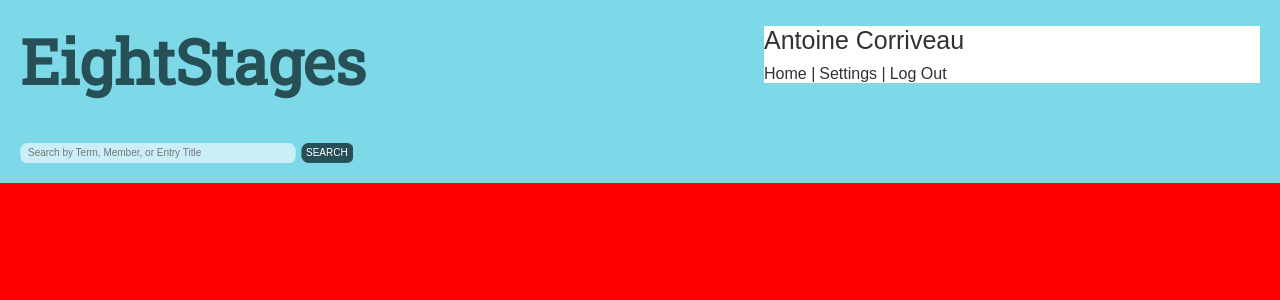
Repository: bhattaraib58/eighstages-lf-design
Page: Assignment 3/Eight Stages Website Mockup Done/index.html
An editor plug-in stored every save of this project. The page is shown before and after the next save, followed by the edit.
The browser window is 1280 px wide. The pictures show the whole page.
Some web fonts or font styles are not loaded; a fallback is used.

Above is the page before, as saved 2019-06-09 22:34:34.

### Assignment 3/Eight Stages Website Mockup Done/index.html
<!DOCTYPE html>
<html lang="en">

<head>
    <meta charset="UTF-8">
    <meta name="viewport" content="width=device-width, initial-scale=1.0">
    <meta http-equiv="X-UA-Compatible" content="ie=edge">
    <link href="https://fonts.googleapis.com/css?family=Roboto+Slab:300,400&display=swap" rel="stylesheet">
    <link href="https://fonts.googleapis.com/css?family=Istok+Web&display=swap" rel="stylesheet">
    <link rel="stylesheet" href="css/reset.css">
    <link rel="stylesheet" href="css/style.css">
    <title>EightStages</title>
</head>

<body>
    <div class="header">
        <div class="top-header clearfix">
            <div class="logo-search">
                <div class="logo">
                    <h1><a href="#">EightStages</a></h1>
                </div>
                <form action="#">
                    <div class="input">
                        <input type="text" name="search-box" placeholder="Search by Term, Member, or Entry Title">
                    </div>
                    <div class="button">
                        <button type="submit">SEARCH</button>
                    </div>
                </form>
            </div>
            <div class="profile-info">
                <div class="title"><a href="#">Antoine Corriveau</a></div>
                <ul class="horizontal-line">
                    <li><a href="#">Home |</a></li>
                    <li><a href="#">Settings |</a></li>
                    <li><a href="#">Log Out</a></li>
                </ul>
            </div>
        </div>
        <!-- <div class="last-header">

        </div> -->
    </div>
</body>

</html>

### Assignment 3/Eight Stages Website Mockup Done/css/reset.css
*
{
    margin: 0px;
    padding: 0px;
    box-sizing: border-box;
}

### Assignment 3/Eight Stages Website Mockup Done/css/style.css
body {
    background-color: red;
}

.header {
    background-color: green;
}

.top-header {
    background-color: #7dd8e8;
    padding: 20px;
}

.logo-search {
    width: 60%;
    float: left;
}

.clearfix::after {
    content: "";
    clear: both;
    display: table;
}

.logo {
    margin-right: 22px;
    font-family: 'Roboto Slab', serif;
    float: left;
}

.logo a {
    color: #274f56;
    text-decoration: none;
    font-size: 62px;
}

form {
    float: left;
    margin-top: 40px;
    margin-right: 178px;
}

form input {
    margin-right: 5px;
    width: 276px;
    height: 20px;
    background-color: transparent;
    border: 0px;
    padding: 8px;
    font-size: 10px;
    color: #5c5c5c;
    font-family: "Istok Web ", sans-serif;
    outline: none;
    display: inline-block;
}

form .input {
    background: url(../images/input.png) no-repeat;
    float: left;
}

form button {
    display: inline-block;
    outline: none;
    color: #ffffff;
    font-family: "Istok Web ", sans-serif;
    background-color: transparent;
    border: 0px;
    padding: 5px;
    font-size: 10px;
    text-align: center;
    display: inline-block;
}

form .button {
    background: url(../images/button.png) no-repeat;
    float: left;
}

.profile-info {
    width: 40%;
    float: right;
    margin-top: 6px;
    background-color: white;
}

.title {
    font-size: 25px;
    font-family: "Muli", sans-serif;
    margin-bottom: 10px;
}

.profile-info a {
    color: #323232;
    text-decoration: none;
}

ul.horizontal-line li {
    display: inline;
    font-family: "Istok Web ", sans-serif;
    font-size: 16px;
}

After the next save:
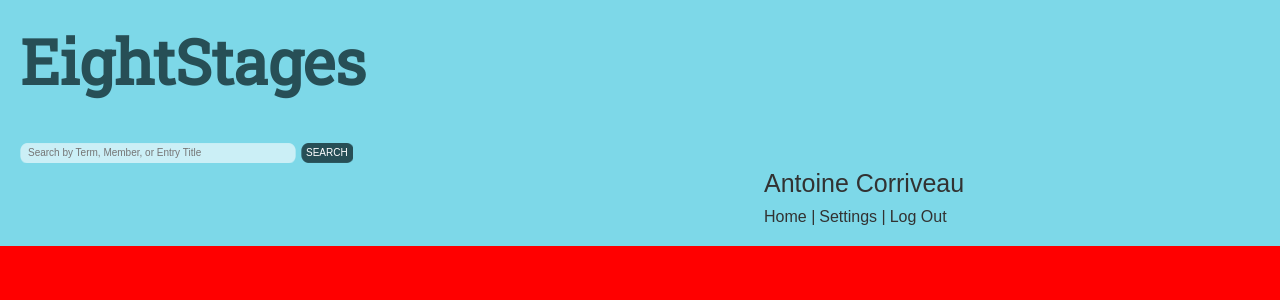
Saved 36 s later.
--- a/Assignment 3/Eight Stages Website Mockup Done/css/style.css
+++ b/Assignment 3/Eight Stages Website Mockup Done/css/style.css
@@ -81,7 +81,7 @@
     width: 40%;
     float: right;
     margin-top: 6px;
-    background-color: white;
+    margin-left: 50px;
 }
 
 .title {
